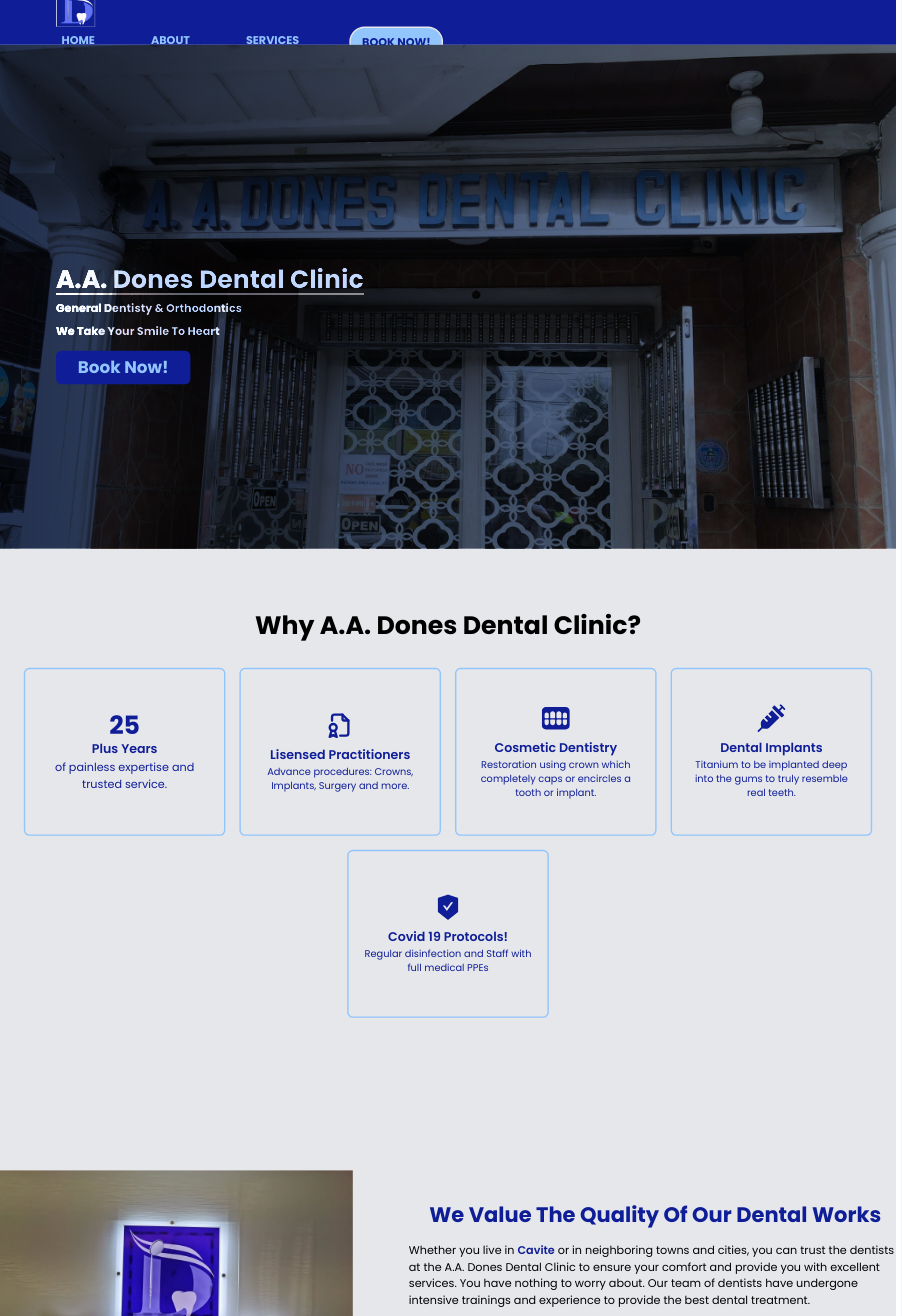
Repository: tom-abella/Dental-Clinic-Scheduler
Page: /
These files come from the project's save history. The page is drawn as it stood at one moment and after a run of saves; the edit follows.
The browser window is 1280 px wide. The page is 1288 px wide, so the pictures cover 1288 px, including what lies to the right of the window. The pictures show the part of the page from y = 0 to 1880 px (the page is 3328 px tall), at 70% of full size.
The project was rebuilt for these pictures with package versions that can differ from the ones it lists, and the page was loaded fresh each time. Also part of the build but not shown: vite.config.js.

Above is the page before, as saved 2023-06-16 12:52:24.

After the next 3 saves:
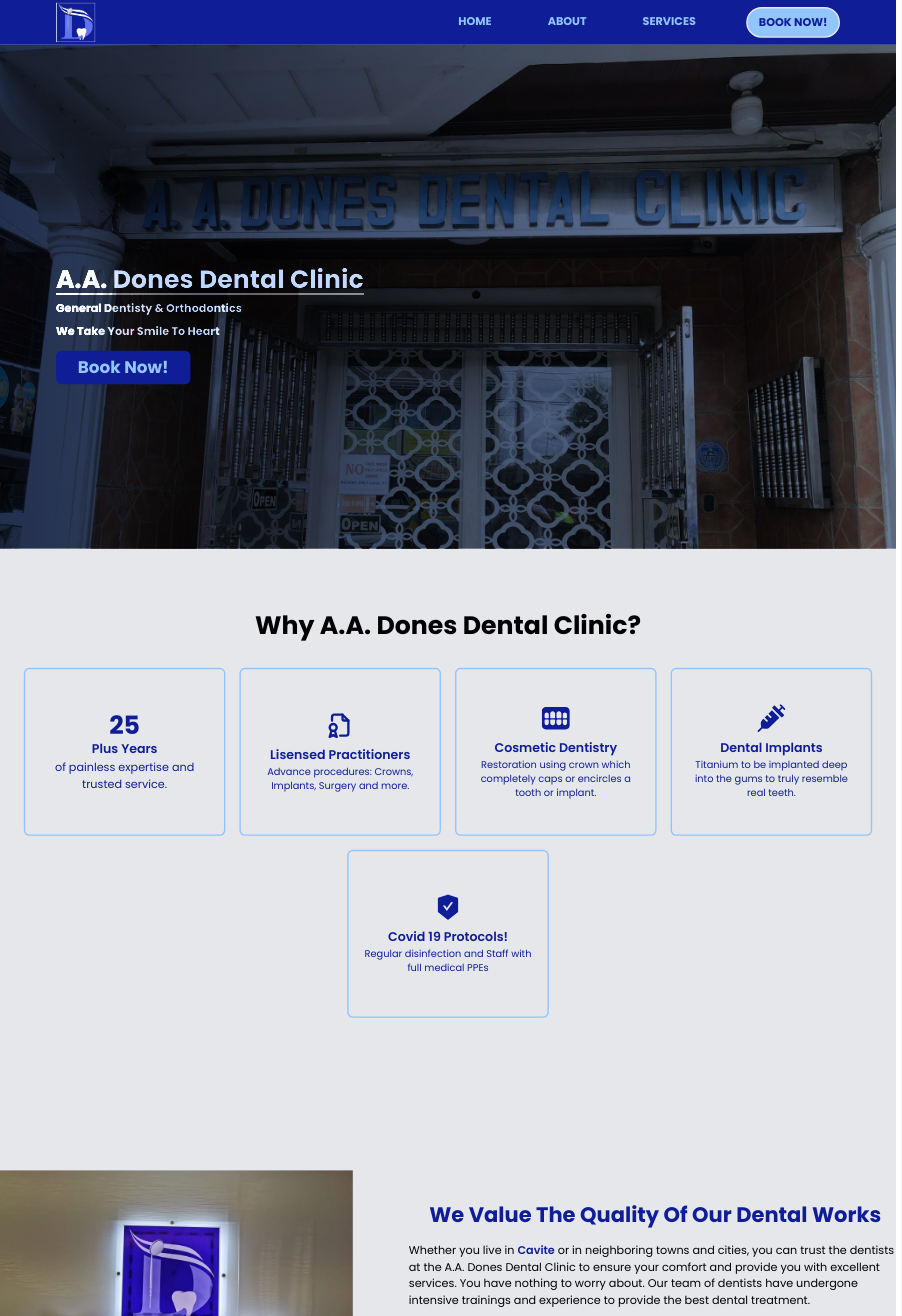
The 3 saves are shown as one change because they came seconds apart.
The last was saved 10 s later.
--- a/src/components/NavigationBar.jsx
+++ b/src/components/NavigationBar.jsx
@@ -7,9 +7,9 @@ import {Link} from 'react-scroll'
 export default function NavigationBar(){
 
     return(
-        <nav className=" flex items-center justify-center md:justify-between px-4 sm:px-20 h-16 w-full  z-20 bg-darkBlue"
+        <nav>
+            <div className=" flex items-center justify-center md:justify-between px-4 sm:px-20 h-16 w-full  z-20 bg-darkBlue"
         >
-            <div>
             <div className="w-14 hidden md:flex">
                 <img src={logo} alt="logo"/>
             </div>
